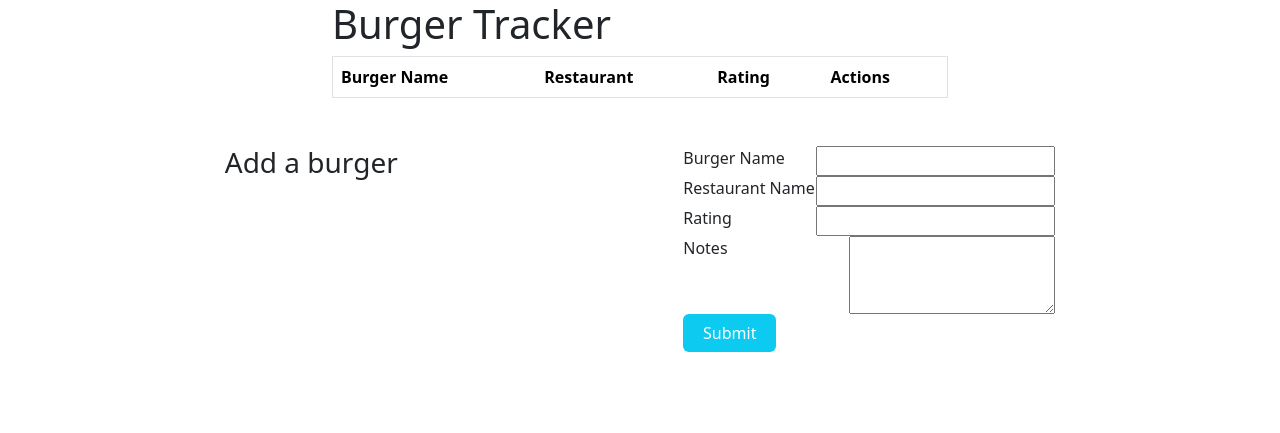
Repository: Hokusai12/Java_Dojo
Page: http://localhost/burgertracker/WEB-INF/index.jsp
The author's editor kept a copy of each file at every save. The page is drawn from the files as they stood at one save, then again after the next save.
The browser window is 1280 px wide. The pictures show the whole page.
The page is served by Tomcat 9. Nobody is signed in. The template is opened directly, without the code that normally fills it, so the values that code supplies are empty.

Above is the page before, as saved 2023-03-05 20:33:29.

After the next save:
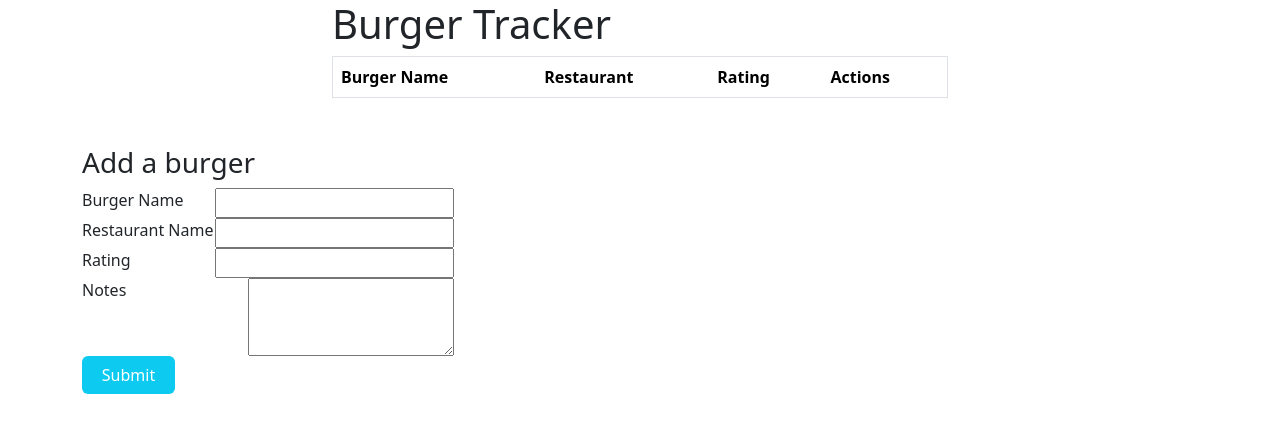
Saved 9 s later.
--- a/Spring/MVC/burgertracker/src/main/webapp/WEB-INF/index.jsp
+++ b/Spring/MVC/burgertracker/src/main/webapp/WEB-INF/index.jsp
@@ -38,7 +38,7 @@
 			</tbody>
 		</table>
 	</div>
-	<div class="container d-flex justify-content-around mt-5">
+	<div class="container mt-5">
 		<h3>Add a burger</h3>
 		<form:form class="col-4 d-flex flex-column" action="/" method="POST"
 			modelAttribute="burger">
